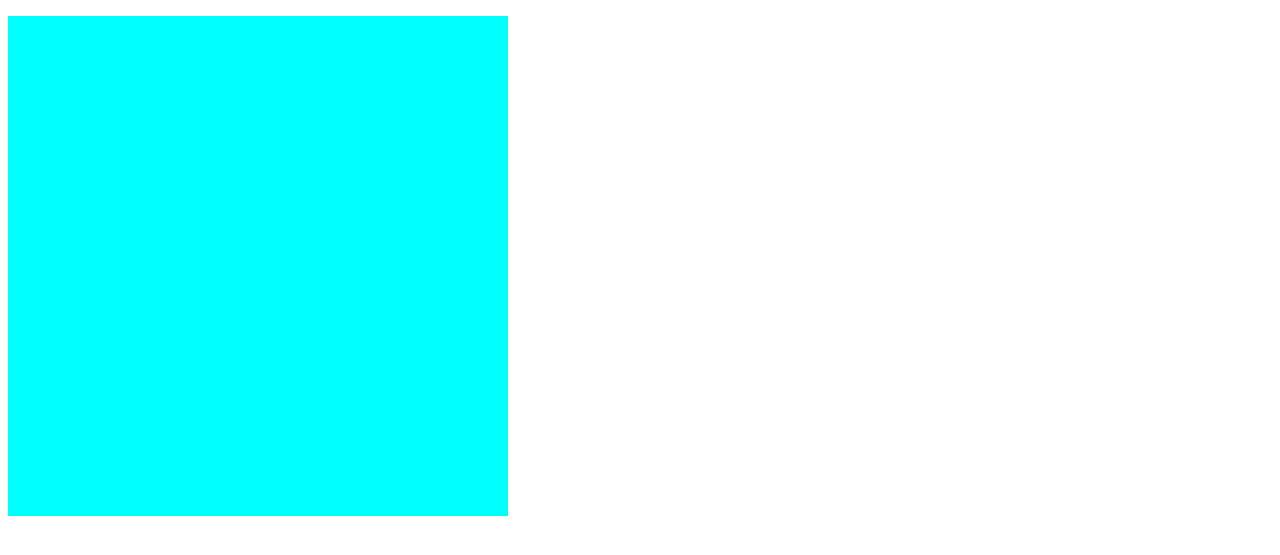
Repository: pwy114pwy/project_01
Page: 01.html
These files come from the project's save history. The page is drawn as it stood at one moment and after a run of saves; the edit follows.
The browser window is 1280 px wide. The pictures show the whole page.

Above is the page before, as saved 2022-12-23 13:38:33.

### 01.html
<!DOCTYPE html>
<html lang="en">
<head>
    <meta charset="UTF-8">
    <meta http-equiv="X-UA-Compatible" content="IE=edge">
    <meta name="viewport" content="width=device-width, initial-scale=1.0">
    <title>Document</title>
    <style>
        .main{
            width: 500px;
            height: 500px;
            background-color: aqua;
        }
    </style>
</head>
<body>
    <div class="main">
        <div class="item">
            <p></p>
        </div>
        <div class="item"></div>
    </div>
</body>
</html>

After the next 10 saves:
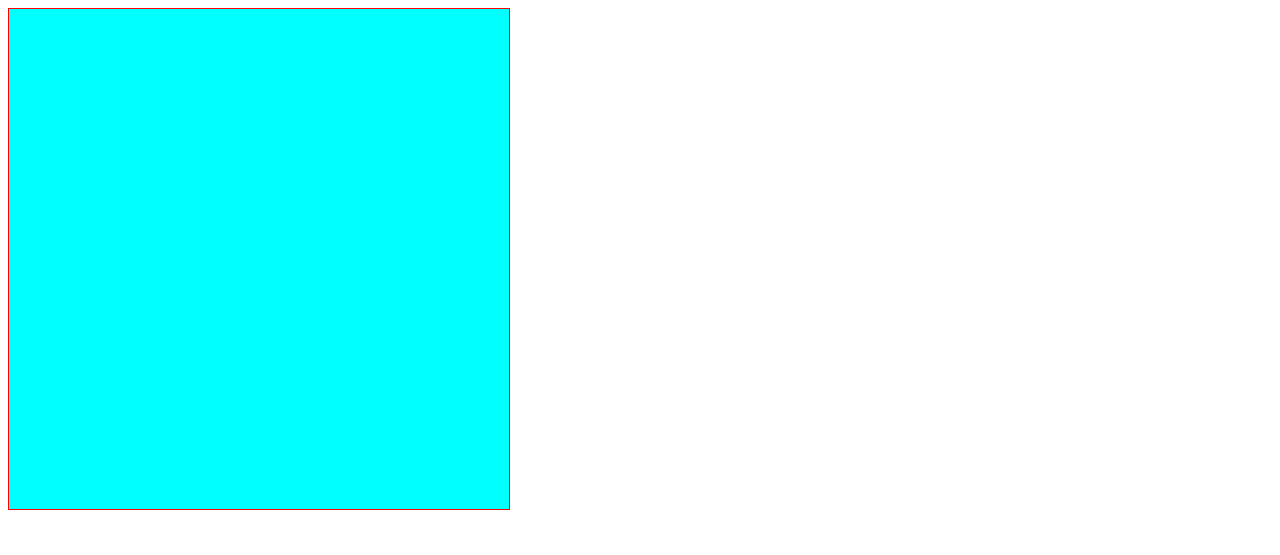
The 10 saves are shown as one change because they came seconds apart.
The last was saved 33 s later.
--- a/01.html
+++ b/01.html
@@ -10,6 +10,7 @@
             width: 500px;
             height: 500px;
             background-color: aqua;
+            border: 1px red solid;
         }
     </style>
 </head>
